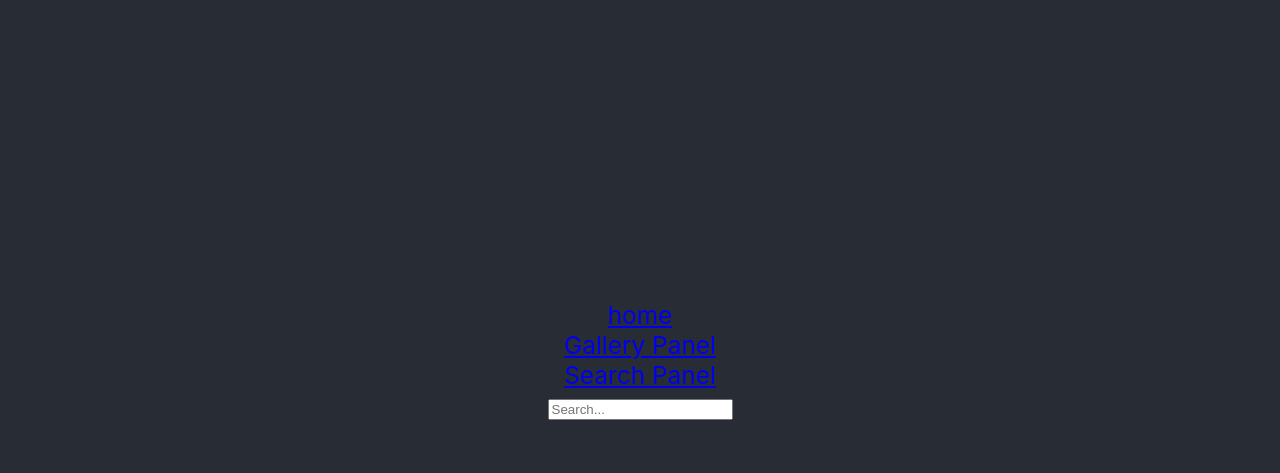
Repository: ZhengyuLi0929/ArtMuseum_ArtIC
Page: /list
An editor plug-in stored every save of this project. The page is shown before and after the next save, followed by the edit.
The browser window is 1280 px wide. The pictures show the whole page.
The project was rebuilt for these pictures with package versions that can differ from the ones it lists, and the page was loaded fresh each time. Also part of the build but not shown: src/home.tsx, src/gallery.tsx.

Above is the page before, as saved 2023-01-11 01:11:40.

After the next save:
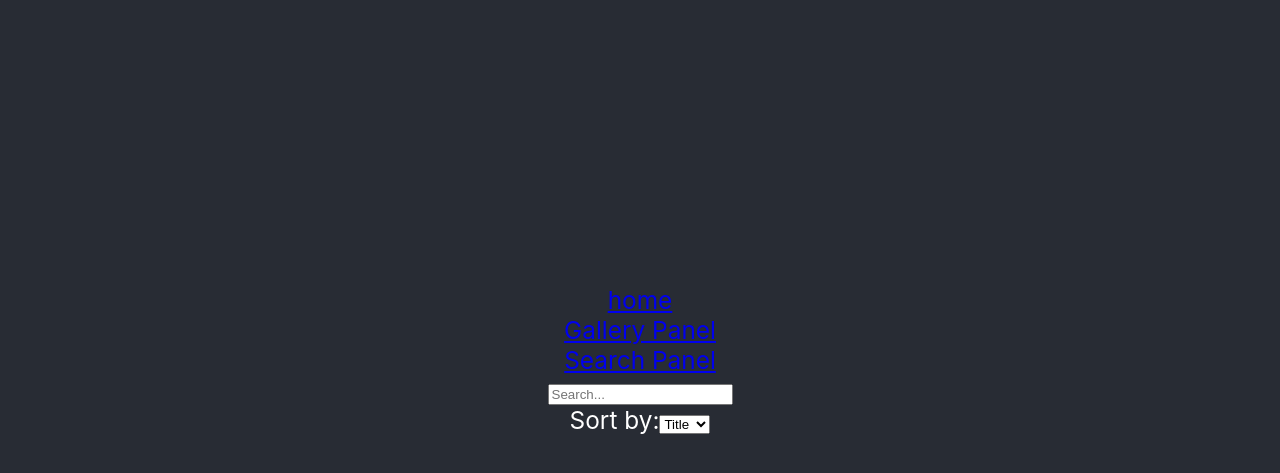
Saved 9 min 1 s later.
--- a/src/list.tsx
+++ b/src/list.tsx
@@ -6,12 +6,14 @@ interface Image {
   image_id: string;
   title: string;
   url: string;
+  date_start: string;
 //   _score: number;
 }
 
 interface State {
   searchTerm: string;
   searchResults: Image[];
+  sortBy: 'title' | 'date_start';
 }
 
 const api = axios.create({ baseURL: 'https://api.artic.edu/api/v1/' });
@@ -21,8 +23,13 @@ class ListView extends React.Component<{}, State> {
     super(props);
     this.state = {
       searchTerm: '',
-      searchResults: []
+      searchResults: [],
+      sortBy: 'title'
     };
+  }
+
+  handleSortChange = (event: React.ChangeEvent<HTMLSelectElement>) => {
+    this.setState({ sortBy: event.target.value as 'title' | 'date_start' });
   }
 
   handleSearch = async (event: React.ChangeEvent<HTMLInputElement>) => {
@@ -42,7 +49,12 @@ class ListView extends React.Component<{}, State> {
             date_start: artworkData.date_start
           }
         }));
-        searchResults.sort((a, b) => (a.title > b.title) ? 1 : -1);
+        if (this.state.sortBy === 'title'){
+            searchResults.sort((a, b) => (a.title > b.title) ? 1 : -1);
+        }
+        else if (this.state.sortBy === 'date_start'){
+            searchResults.sort((a, b) => (a.date_start > b.date_start) ? 1 : -1);
+        }
         this.setState({ searchResults });
       } catch (error) {
         console.log(error);
@@ -73,16 +85,27 @@ class ListView extends React.Component<{}, State> {
           onChange={this.handleSearch}
         />
         <div>
+          <label>
+            Sort by:
+            <select value={this.state.sortBy} onChange={this.handleSortChange}>
+              <option value="title">Title</option>
+              <option value="date_start">Date</option>
+            </select>
+          </label>
+        </div>
+        <div>
           {this.state.searchResults.map((result, index) => (
             <div key={result.id}>
               <h2>{result.title}</h2>
-              <img src={result.url} height = "500" alt={result.title} />
+              <img src={result.url} height = "200" alt={result.title}/>
+              {this.state.sortBy === 'date_start' && <p>Date: {result.date_start}</p>}
             </div>
           ))}
         </div>
       </div>
     );
   }
+
 }
 
 export default ListView;
